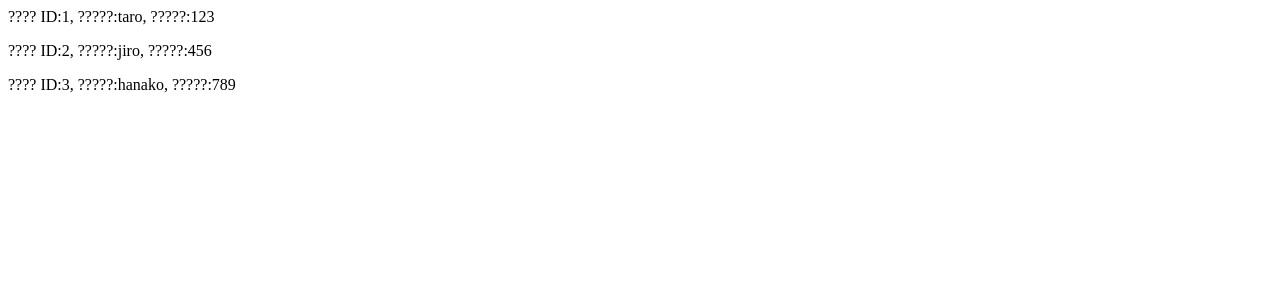
Repository: yuki120/TOURIST
Page: http://localhost/HelloServlet/MySQLServlet
These files come from the project's save history. The page is drawn as it stood at one moment and after the next save; the edit follows.
The browser window is 1280 px wide. The pictures show the whole page.
The page is served by Tomcat 9. The database holds what the project's SQL file puts in it.

Above is the page before, as saved 2018-04-16 06:36:22.

After the next save:
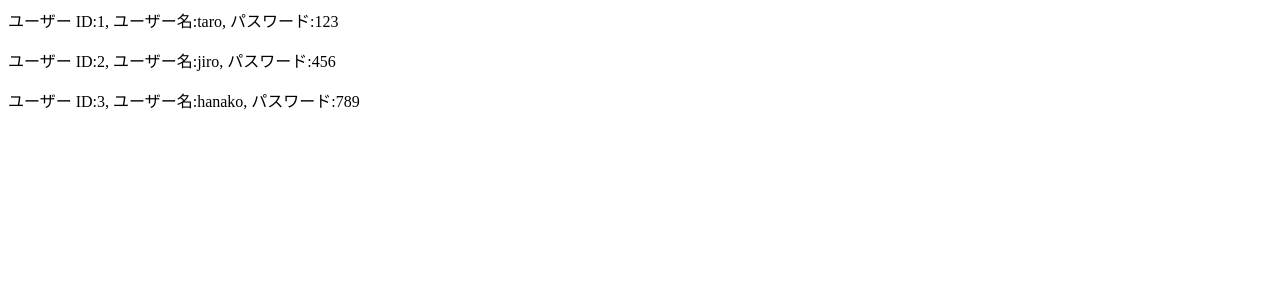
Saved 3 min 29 s later.
--- a/Java/HelloServlet/src/MySQLServlet.java
+++ b/Java/HelloServlet/src/MySQLServlet.java
@@ -34,7 +34,7 @@ public class MySQLServlet extends HttpServlet {
 	protected void doGet(HttpServletRequest request, HttpServletResponse response) throws ServletException, IOException {
 		// TODO Auto-generated method stub
 		request.setCharacterEncoding("UTF-8");
-		response.setContentType("text/html; charset=UTF=8");
+		response.setContentType("text/html; charset=UTF-8");
 
 		PrintWriter out = response.getWriter();
 
